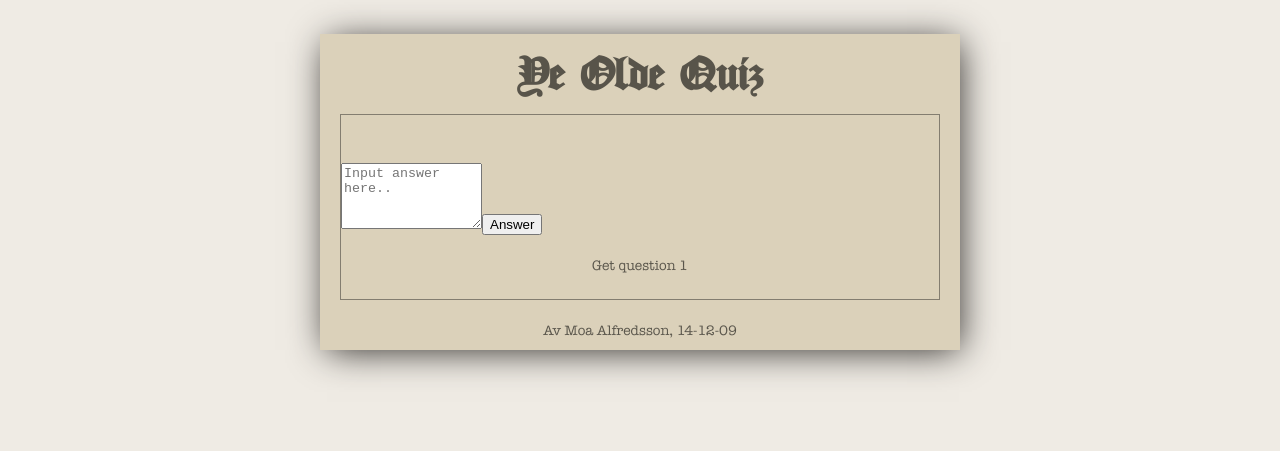
Repository: ma223md/1dv403-laborationer
Page: 4-thequiz/index.html
The author's editor kept a record of every edit. The page is drawn from the files as they stood at one moment, then again after the next edit.
The browser window is 1280 px wide. The pictures show the whole page.
After loading, the first visible `#startButton` was clicked once.
The page's requests for data from a server got no answer.

Above is the page before.

After the next edit:
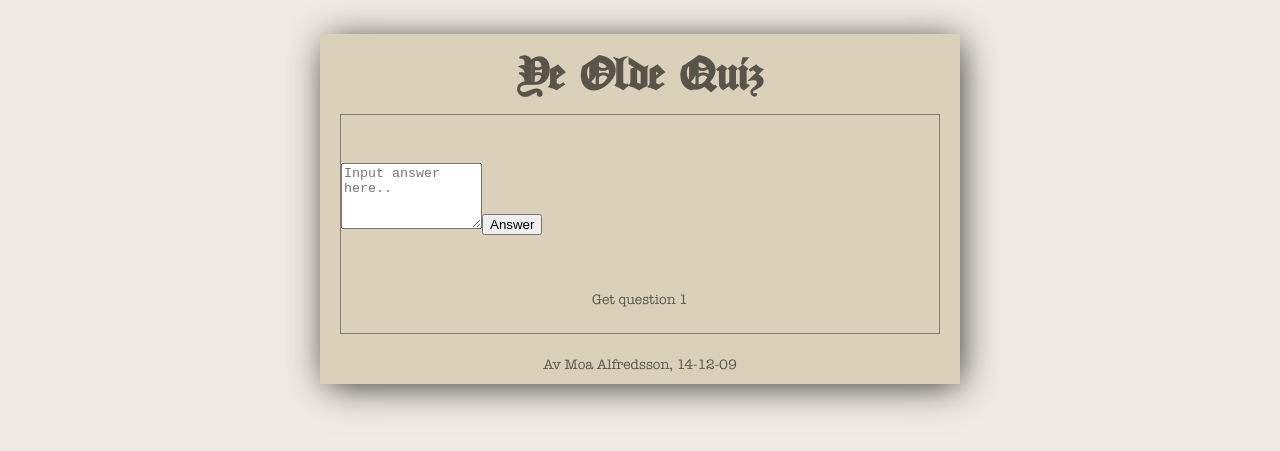
The edit:
--- a/4-thequiz/js/quiz.js
+++ b/4-thequiz/js/quiz.js
@@ -68,6 +68,7 @@
         form.appendChild(questionText);
         form.appendChild(inputArea);
         form.appendChild(inputButton);
+        form.appendChild(answerMessage);
 
         xhr.onreadystatechange = function(){
         	if(xhr.readyState === 4 && xhr.status === 200){
